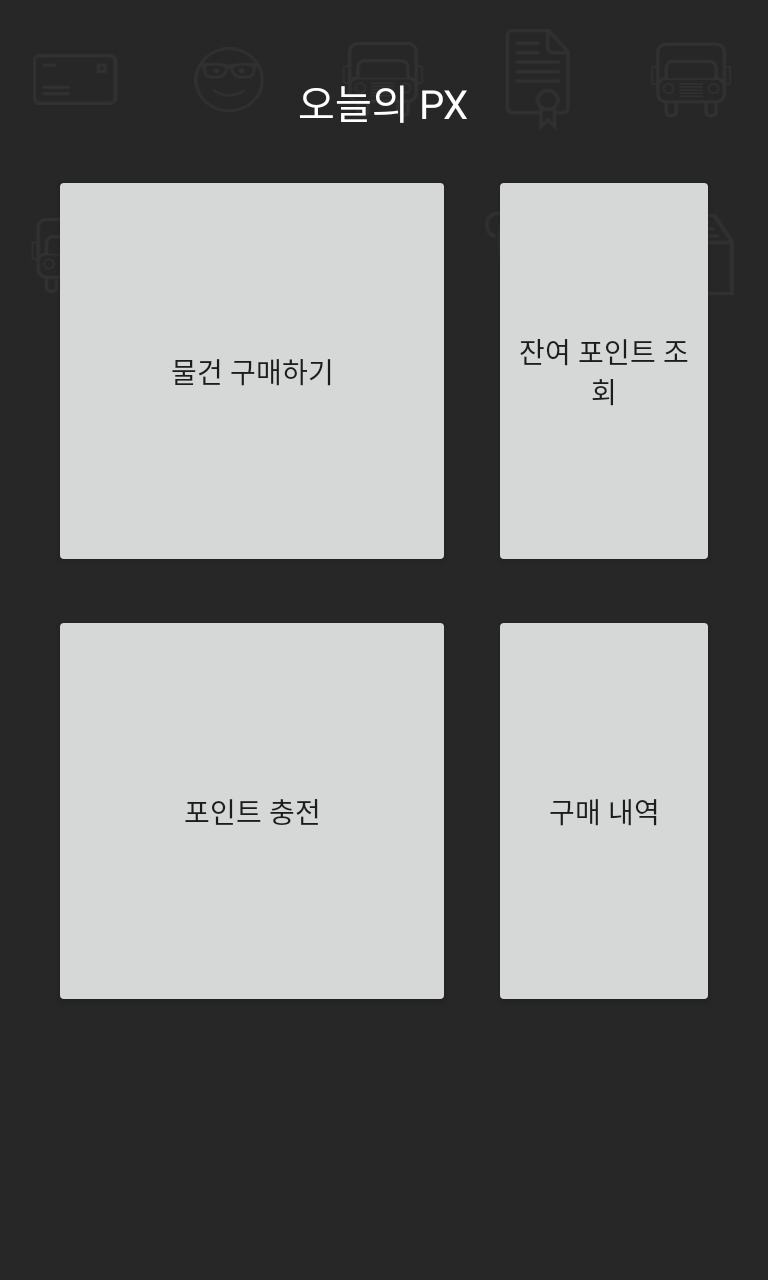
Repository: Jeonilju/rap
Layout: Demo/PxForRAP/res/layout/activity_main.xml
The author's editor kept a copy of each file at every save. The layout is drawn from the files as they stood at one save, then again after the next save.
It is drawn on a 768 x 1280 px phone screen (xhdpi) without system bars, with theme AppTheme; the app's code is not run.

Above is the layout before, as saved 2015-07-22 21:23:05.

After the next save:
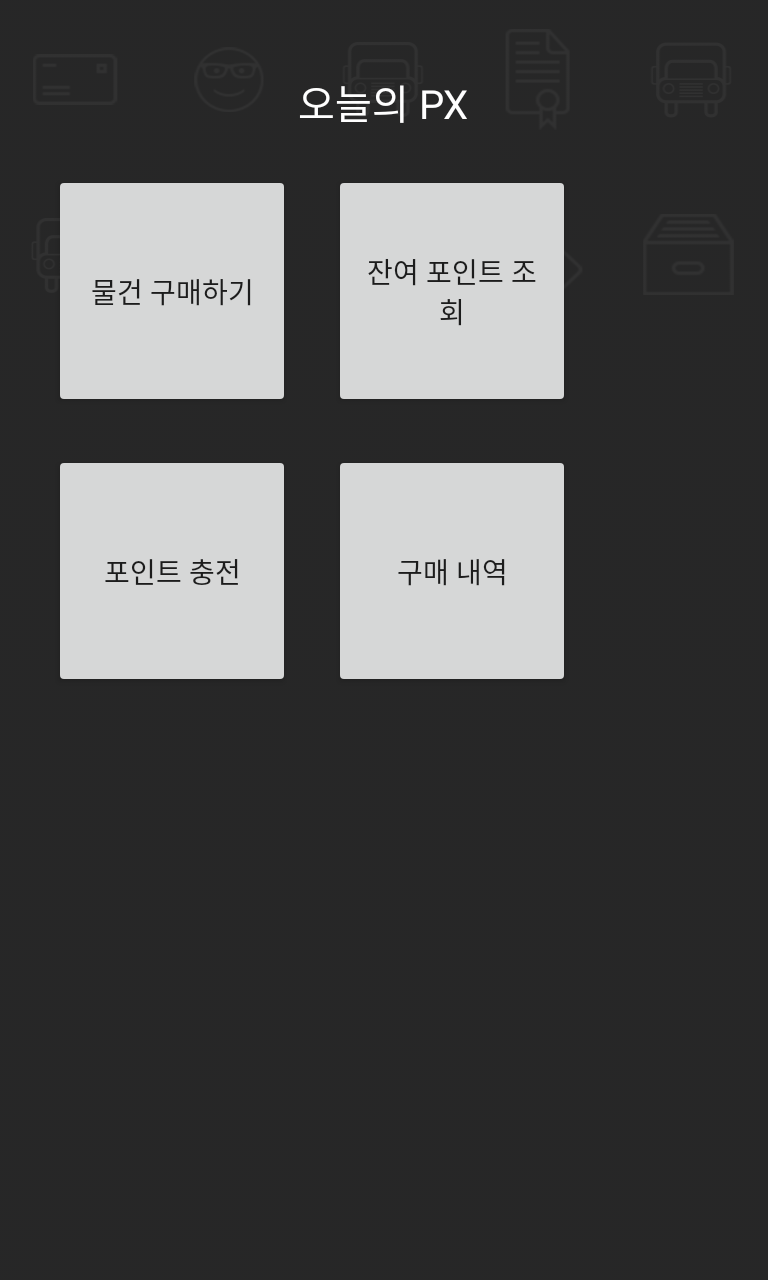
Saved 52 s later.
--- a/Demo/PxForRAP/res/layout/activity_main.xml
+++ b/Demo/PxForRAP/res/layout/activity_main.xml
@@ -22,16 +22,16 @@
 
     <Button
         android:id="@+id/main_btn_buy"
-        android:layout_width="200dp"
-        android:layout_height="200dp"
+        android:layout_width="120dp"
+        android:layout_height="120dp"
         android:layout_margin="10dp"
         android:layout_below="@id/main_title"
         android:text="물건 구매하기"/>
 
     <Button
         android:id="@+id/main_btn_point"
-        android:layout_width="200dp"
-        android:layout_height="200dp"
+        android:layout_width="120dp"
+        android:layout_height="120dp"
         android:layout_margin="10dp"
         android:layout_below="@id/main_title"
         android:layout_toRightOf="@id/main_btn_buy"
@@ -39,16 +39,16 @@
 
     <Button
         android:id="@+id/main_btn_charge"
-        android:layout_width="200dp"
-        android:layout_height="200dp"
+        android:layout_width="120dp"
+        android:layout_height="120dp"
         android:layout_margin="10dp"
         android:layout_below="@id/main_btn_buy"
         android:text="포인트 충전"/>
 
     <Button
         android:id="@+id/main_btn_buylist"
-        android:layout_width="200dp"
-        android:layout_height="200dp"
+        android:layout_width="120dp"
+        android:layout_height="120dp"
         android:layout_margin="10dp"
         android:layout_below="@id/main_btn_buy"
         android:layout_toRightOf="@id/main_btn_charge"
